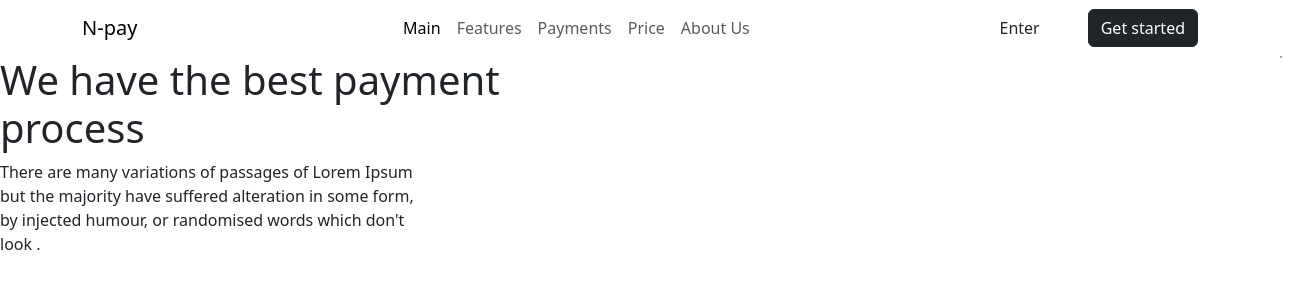
Repository: Senianga/N-pay
Page: index.html
These files come from the project's save history. The page is drawn as it stood at one moment and after the next save; the edit follows.
The browser window is 1280 px wide. The page is 1292 px wide, then 1280 px, so the pictures cover 1292 px, including what lies to the right of the window. The pictures show the whole page.
The style sheet was rebuilt from its Sass, Less or Tailwind sources for each picture, by a compiler version that may differ from the author's.

Above is the page before, as saved 2023-05-01 15:05:40.

After the next save:
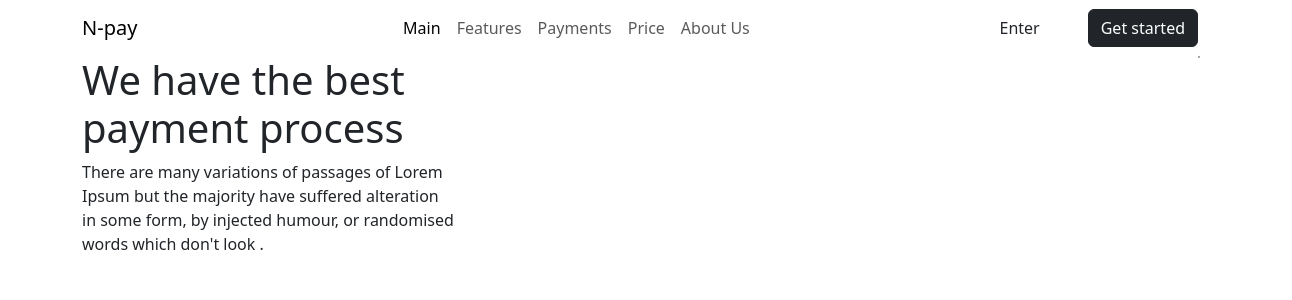
Saved 17 s later.
--- a/index.html
+++ b/index.html
@@ -46,7 +46,7 @@
     </header>
     <main>
         <container-main class="bg-body-tertiary ">
-            <div class="row">
+            <div class="container">
                 <div class="d-flex">
                     <div class="content col-mg-6 col-sm-12">
                         <h1 class="col-5 align-items-center">
